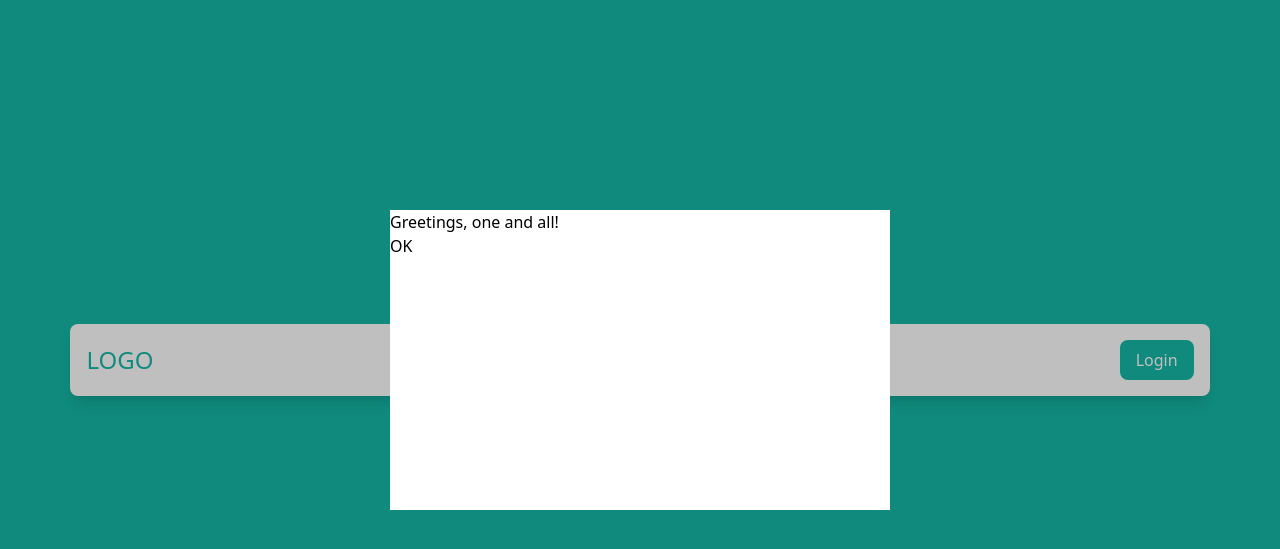
Repository: DevAntonioRogers/react-modal-with-dialog
Page: /
These files come from the project's save history. The page is drawn as it stood at one moment and after the next save; the edit follows.
The browser window is 1280 px wide. The pictures show the whole page.
The project was rebuilt for these pictures with package versions that can differ from the ones it lists, and the page was loaded fresh each time. Also part of the build but not shown: vite.config.ts.

Above is the page before, as saved 2023-05-10 09:36:03.

After the next save:
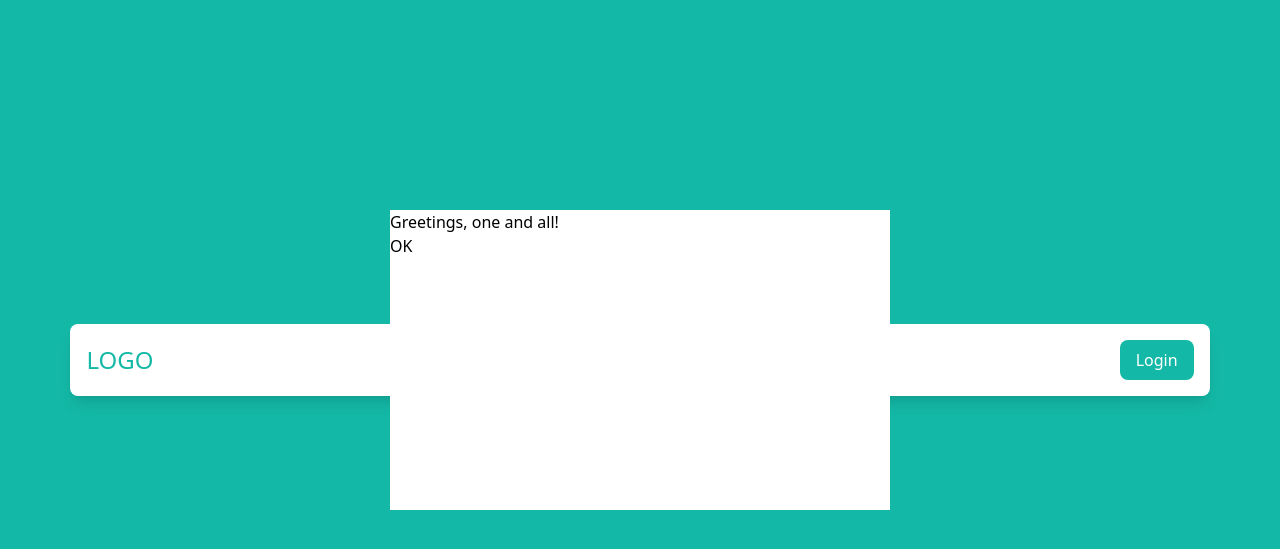
Saved 55 s later.
--- a/src/App.tsx
+++ b/src/App.tsx
@@ -37,18 +37,13 @@ function App() {
             Login
           </button>
         </nav>
-        <div
-          ref={ref}
-          onClick={() => setShowModal(false)}
-          className="absolute w-screen h-screen bg-black/25 flex justify-center items-center"
-        >
-          <dialog onClick={(e) => e.stopPropagation()} open className="w-[500px] h-[300px]">
-            <p>Greetings, one and all!</p>
-            <form method="dialog">
-              <button onClick={() => setShowModal(false)}>OK</button>
-            </form>
-          </dialog>
-        </div>
+
+        <dialog ref={ref} onClick={(e) => e.stopPropagation()} open className="w-[500px] h-[300px]">
+          <p>Greetings, one and all!</p>
+          <form method="dialog">
+            <button onClick={() => setShowModal(false)}>OK</button>
+          </form>
+        </dialog>
       </div>
     </>
   );
